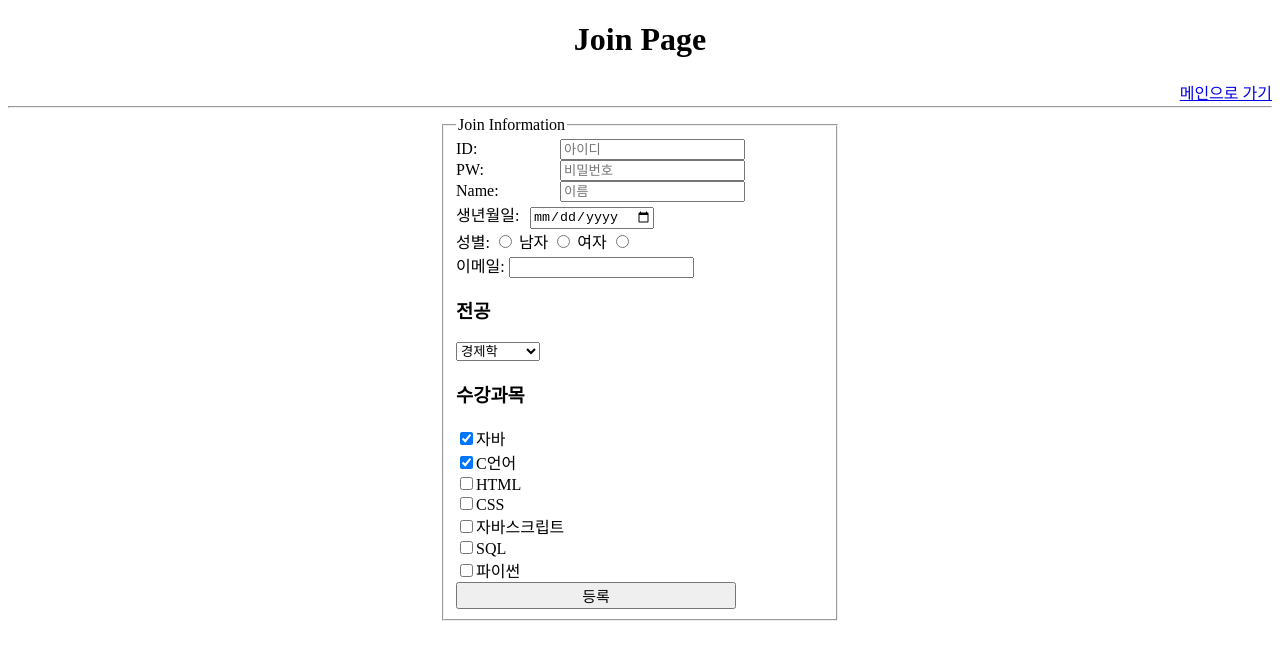
Repository: ByeonYJ/CSSTest
Page: GMSUI/WebContent/member/join.html
The author's editor kept a copy of each file at every save. The page is drawn from the files as they stood at one save, then again after the next save.
The browser window is 1280 px wide. The pictures show the whole page.

Above is the page before, as saved 2017-07-20 03:42:02.

After the next save:
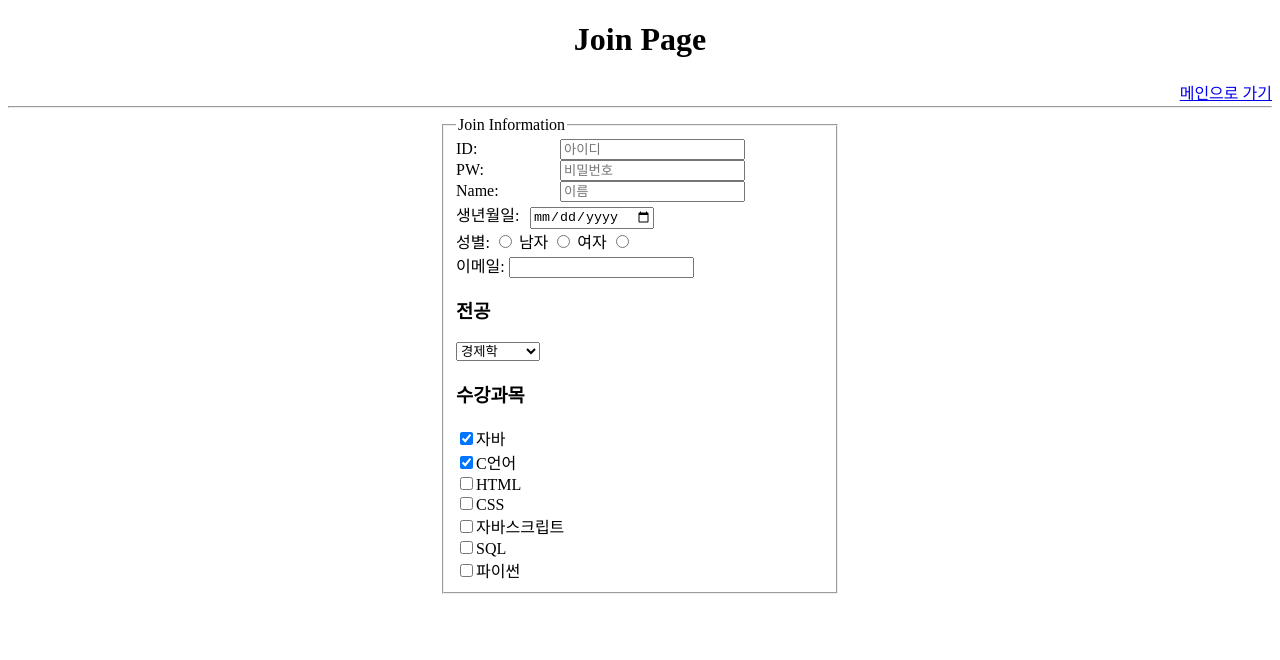
Saved 9 min 35 s later.
--- a/GMSUI/WebContent/member/join.html
+++ b/GMSUI/WebContent/member/join.html
@@ -57,7 +57,7 @@
 			<input type="checkbox" name="subject" value="sql"/>SQL<br />
 			<input type="checkbox" name="subject" value="python"/>파이썬<br />
 			<input type="submit" value="등록" style="bgcolor-blue color: white; font-size: 15px; width: 280px;/>
-			<input type="reset" value="취소" style="bgcolor-red color: white; font-size: 15px; width: 280px;"/>
+
 		</fieldset>
 	</form>
 </div>

After the save that followed:
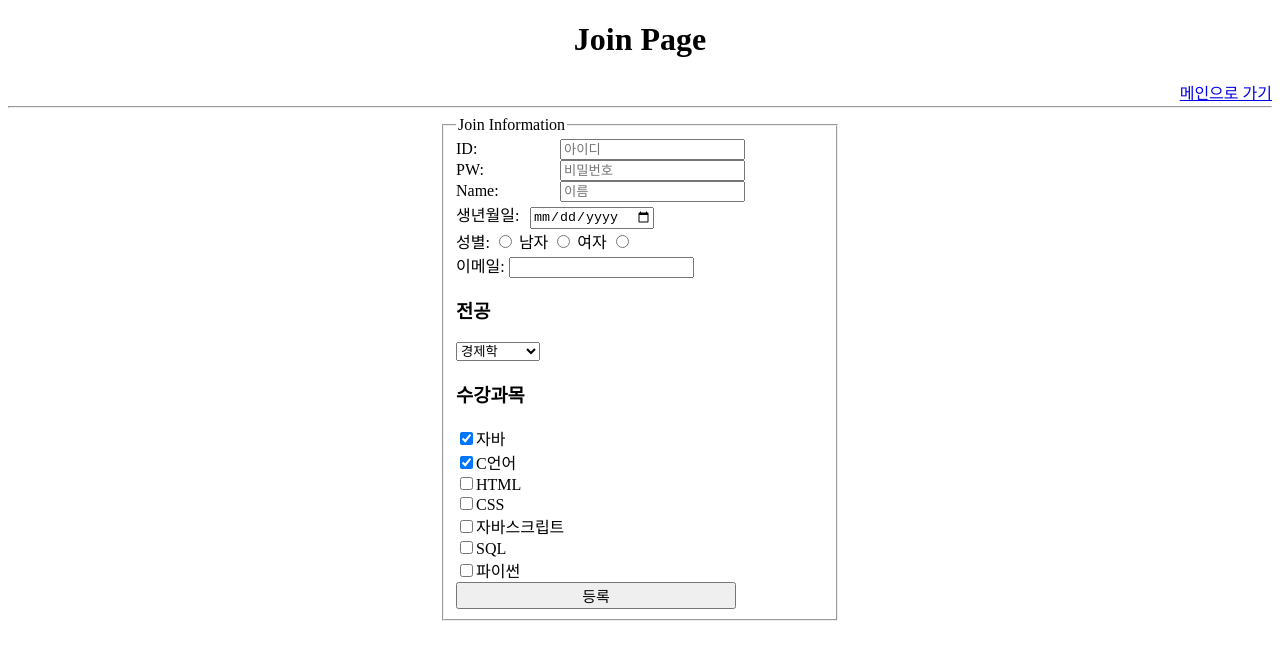
Saved 1 s later.
--- a/GMSUI/WebContent/member/join.html
+++ b/GMSUI/WebContent/member/join.html
@@ -57,7 +57,7 @@
 			<input type="checkbox" name="subject" value="sql"/>SQL<br />
 			<input type="checkbox" name="subject" value="python"/>파이썬<br />
 			<input type="submit" value="등록" style="bgcolor-blue color: white; font-size: 15px; width: 280px;/>
-
+			<input type="reset" value="취소" style="bgcolor-red color: white; font-size: 15px; width: 280px;"/>
 		</fieldset>
 	</form>
 </div>
